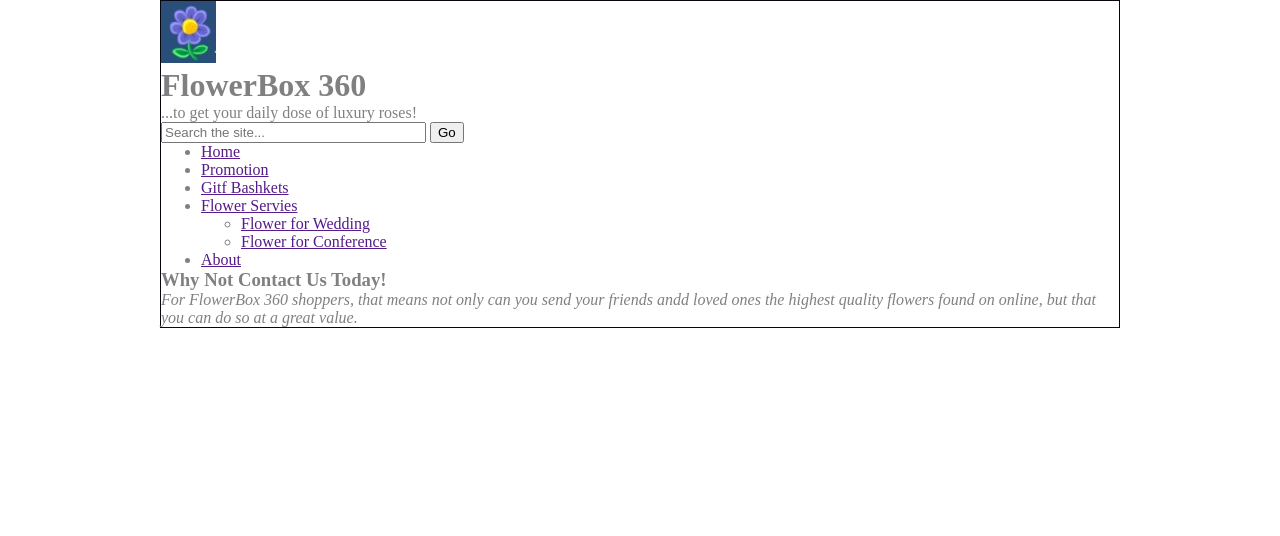
Repository: duongtheng/bai-tap-tuan-6
Page: html/index.html
The author's editor kept a copy of each file at every save. The page is drawn from the files as they stood at one save, then again after the next save.
The browser window is 1280 px wide. The pictures show the whole page.

Above is the page before, as saved 2022-03-23 13:33:44.

### html/index.html
<!DOCTYPE html>
<html lang="en">
<head>
    <meta charset="UTF-8">
    <meta http-equiv="X-UA-Compatible" content="IE=edge">
    <meta name="viewport" content="width=device-width, initial-scale=1.0">
    <title>Tuan 06</title>
    <link rel="stylesheet" href="../css/style.css">
</head>
<body>
    <header>
        <img src="../img/logo.jpg" alt="">
        <h1>FlowerBox 360</h1>
        <p>...to get your daily dose of luxury roses!</p>
        <form action="">
            <input type="search" id="txtSearch" placeholder="Search the site..." size="30">
            <button>Go</button>
        </form>
        <ul class="menu-parent">
            <li><a href="">Home</a></li>
            <li><a href="">Promotion</a></li>
            <li><a href="">Gitf Bashkets</a></li>
            <li><a href="">Flower Servies</a>
                <ul class="menu-child">
                    <li><a href="">Flower for Wedding</a></li>
                    <li><a href="">Flower for Conference</a></li>
                </ul>
            </li>
            <li><a href="">About</a></li>
        </ul>
    </header>
    <section>
        <h3>Why Not Contact Us Today!</h3>
        <form action="">
            <p><i>For FlowerBox 360 shoppers, that means not only can you send your friends andd loved ones
                the highest quality flowers found on online, but that you can do so at a great value.
            </i></p>
        </form>
    </section>
</body>
</html>

### css/style.css
*{
    margin: 0 auto;
    box-sizing: border-box;
}

body{
    width: 960px;
    border: 1px solid rgb(6, 6, 14);
    color: gray;
}

After the next save:
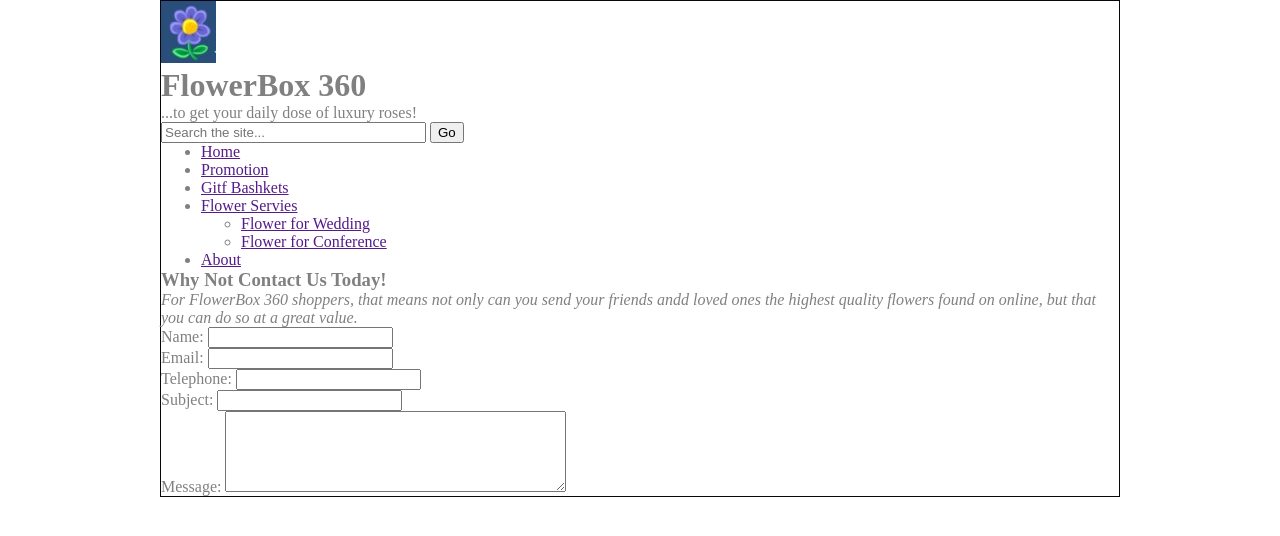
Saved 6 min 36 s later.
--- a/html/index.html
+++ b/html/index.html
@@ -35,6 +35,30 @@
             <p><i>For FlowerBox 360 shoppers, that means not only can you send your friends andd loved ones
                 the highest quality flowers found on online, but that you can do so at a great value.
             </i></p>
+            <div class="form-row">
+                <div class="form-col">
+                    <label for="txtName">Name: </label>
+                    <input type="text" id="txtName">
+                </div>
+                <div class="form-col">
+                    <label for="txtEmail">Email: </label>
+                    <input type="email" id="txtEmail">
+                </div>
+            </div>
+            <div class="form-row">
+                <div class="form-col">
+                    <label for="txtName">Telephone: </label>
+                    <input type="text" id="txtName">
+                </div>
+                <div class="form-col">
+                    <label for="txtEmail">Subject: </label>
+                    <input type="email" id="txtEmail">
+                </div>
+            </div>
+            <div class="form-row">
+                <label for="txtMessage">Message: </label>
+                <textarea id="txtMessage" cols="40" rows="5"></textarea>
+            </div>
         </form>
     </section>
 </body>
